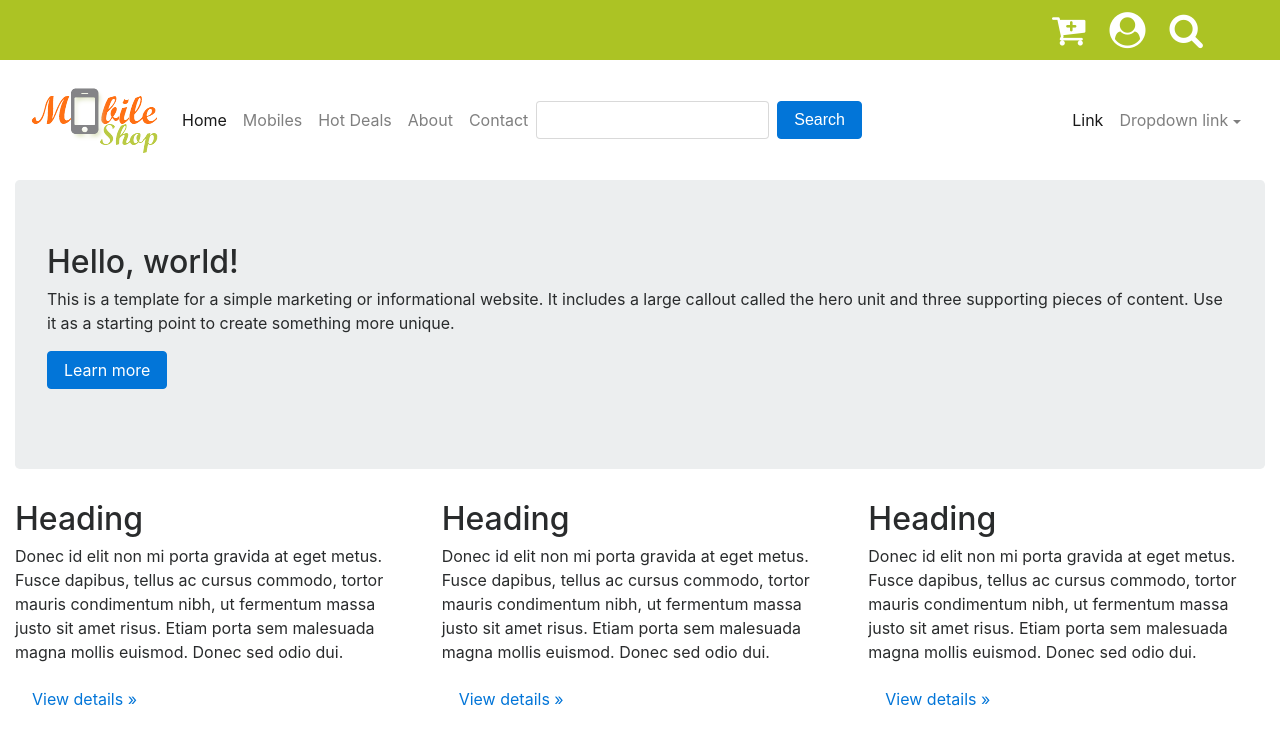
Repository: rajmohanr/mobile
Page: index.html
These files come from the project's save history. The page is drawn as it stood at one moment and after the next save; the edit follows.
The browser window is 1280 px wide. The pictures show the whole page.

Above is the page before, as saved 2018-03-31 11:37:23.
Console error (its wording comes from the project's code and is left out).

After the next save:
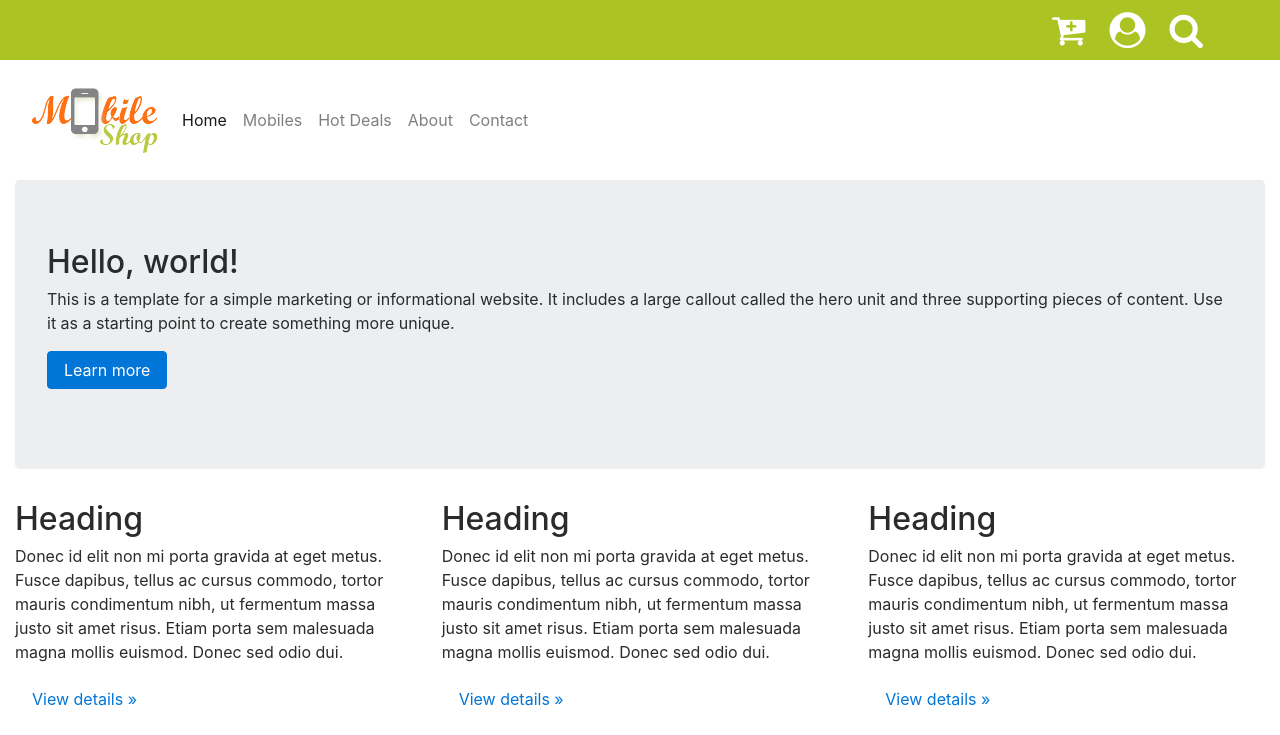
Saved 22 s later.
--- a/index.html
+++ b/index.html
@@ -48,25 +48,6 @@
 						</li>
 						<li class="nav-item">
 								<a class="nav-link" href="#">Contact</a>
-						</li>
-					</ul>
-					<form class="form-inline">
-						<input class="form-control mr-sm-2" type="text">
-						<button class="btn btn-primary my-2 my-sm-0" type="submit">
-							Search
-						</button>
-					</form>
-					<ul class="navbar-nav ml-md-auto">
-						<li class="nav-item active">
-							 <a class="nav-link" href="#">Link <span class="sr-only">(current)</span></a>
-						</li>
-						<li class="nav-item dropdown">
-							 <a class="nav-link dropdown-toggle" href="http://example.com" id="navbarDropdownMenuLink" data-toggle="dropdown">Dropdown link</a>
-							<div class="dropdown-menu dropdown-menu-right" aria-labelledby="navbarDropdownMenuLink">
-								 <a class="dropdown-item" href="#">Action</a> <a class="dropdown-item" href="#">Another action</a> <a class="dropdown-item" href="#">Something else here</a>
-								<div class="dropdown-divider">
-								</div> <a class="dropdown-item" href="#">Separated link</a>
-							</div>
 						</li>
 					</ul>
 				</div>
